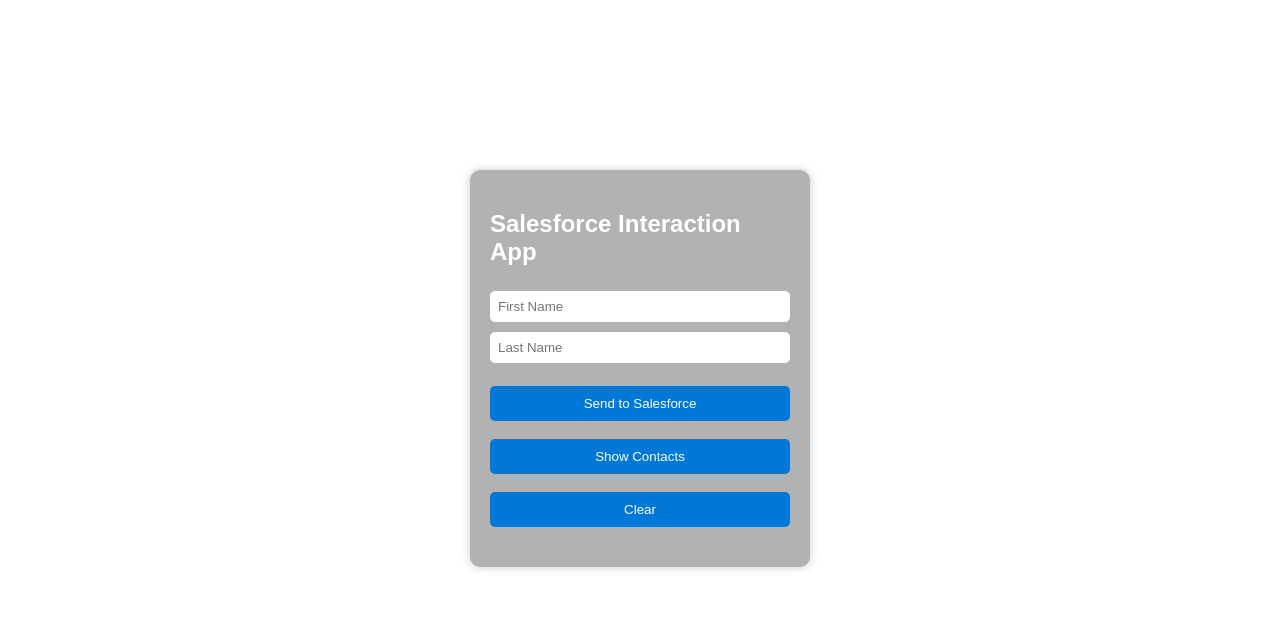
Repository: PamodaW/SalesforceSync
Page: Client/index.html
These files come from the project's save history. The page is drawn as it stood at one moment and after a run of saves; the edit follows.
The browser window is 1280 px wide. The pictures show the whole page.

Above is the page before, as saved 2024-11-20 15:45:22.
Not found: Images/5638058.png

After the next 4 saves:
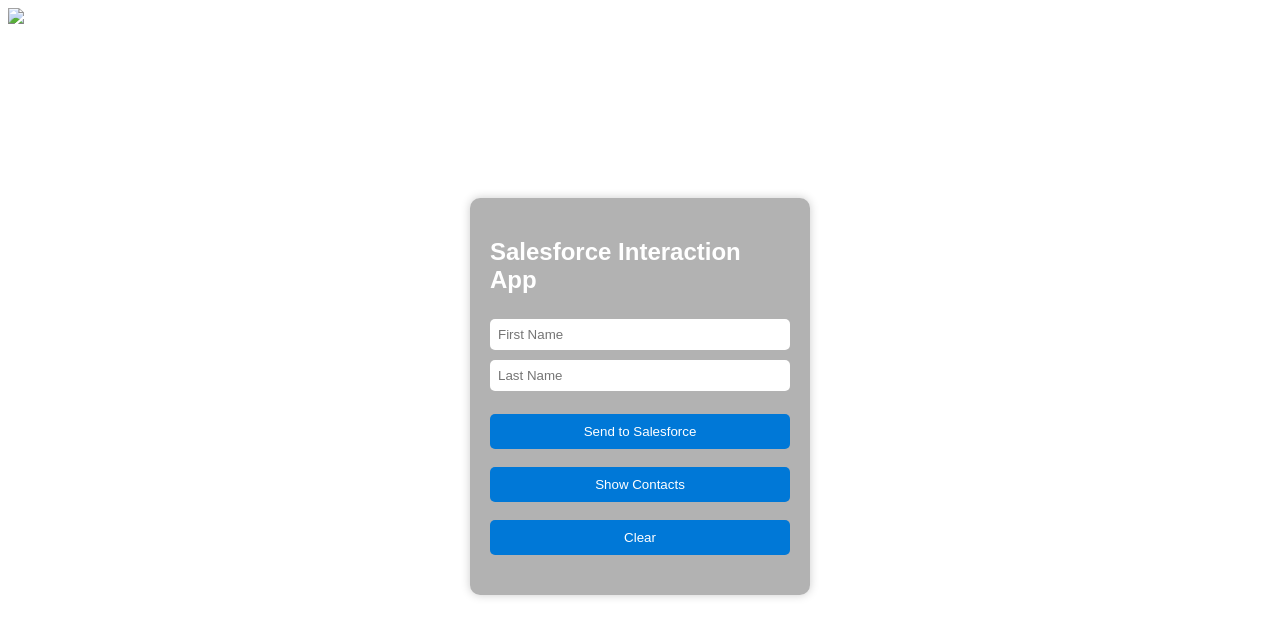
The 4 saves are shown as one change because they came seconds apart.
The last was saved 20 s later.
--- a/Client/index.html
+++ b/Client/index.html
@@ -6,7 +6,7 @@
     <link rel="stylesheet" href="style.css">
     <title>Salesforce Web App</title>
 </head>
-<body>
+<body> <img src="/Images/5638058.png"/>
     <div class="Clouds"></div>
     <div class="Clouds"></div>
     <div class="Clouds"></div>

After the save that followed:
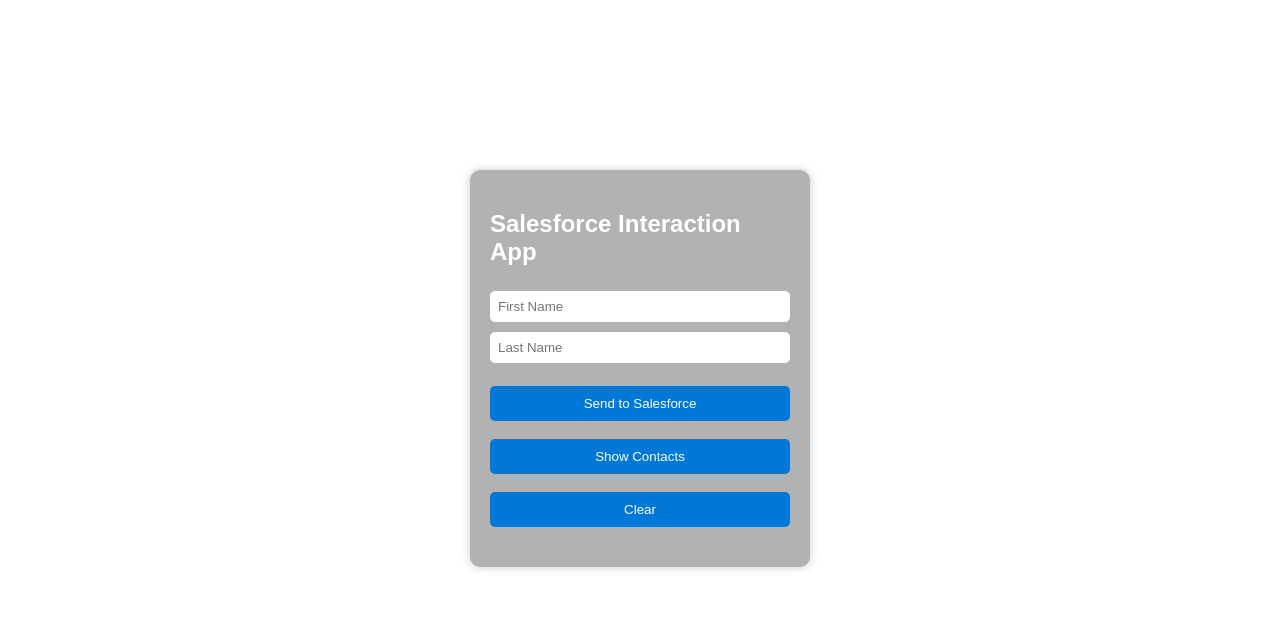
Saved 10 s later.
--- a/Client/index.html
+++ b/Client/index.html
@@ -6,7 +6,7 @@
     <link rel="stylesheet" href="style.css">
     <title>Salesforce Web App</title>
 </head>
-<body> <img src="/Images/5638058.png"/>
+<body>
     <div class="Clouds"></div>
     <div class="Clouds"></div>
     <div class="Clouds"></div>
